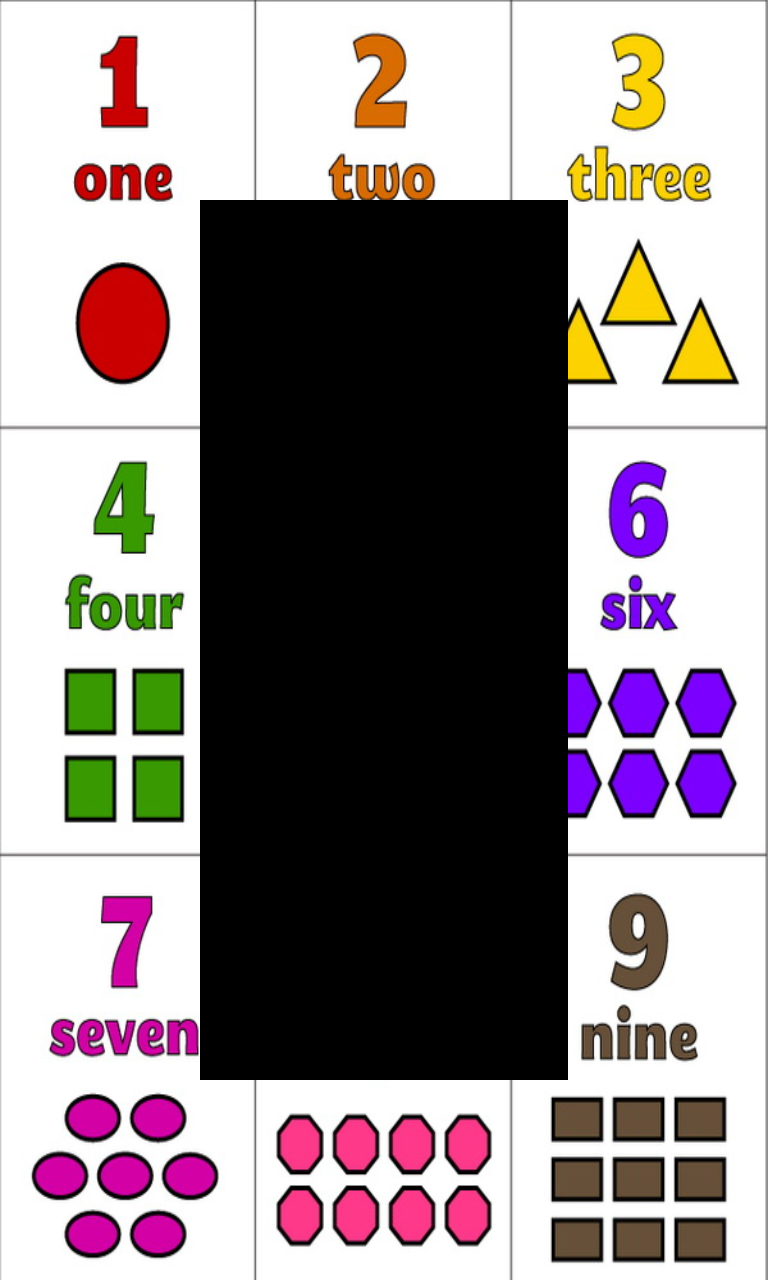
Repository: odil-akhmedov/FlashCardsAndroid
Layout: FlashCardsAOK/res/layout/activity_main.xml
An editor plug-in stored every save of this project. The layout is shown before and after the next save, followed by the edit.
It is drawn on a 768 x 1280 px phone screen (xhdpi) without system bars, with theme android:Theme.NoTitleBar; the app's code is not run. Lists and similar views that code fills are empty. The app's manifest (not shown) leaves right-to-left support off. So textAlignment, textDirection and layoutDirection are ignored, and left and right values win over start and end ones.

Above is the layout before, as saved 2014-07-01 18:34:38.

After the next save:
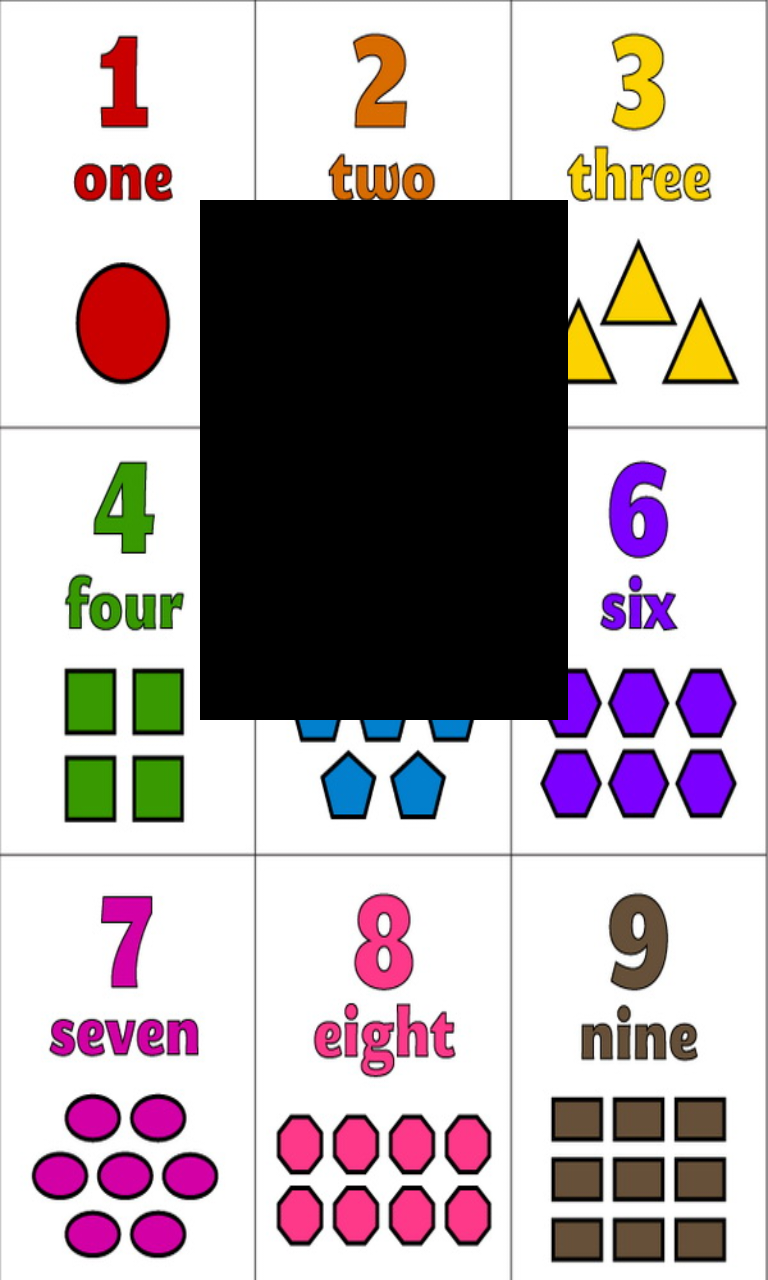
Saved 109 s later.
--- a/FlashCardsAOK/res/layout/activity_main.xml
+++ b/FlashCardsAOK/res/layout/activity_main.xml
@@ -8,24 +8,25 @@
     tools:context="com.wsu.flashcardsaok.MainActivity"
     tools:ignore="MergeRootFrame" >
 
-<RelativeLayout
-    android:layout_width="wrap_content"
-    android:layout_height="wrap_content"
-    android:layout_margin="100dp"
-    android:background="#000"
-    android:textColor="@android:color/white" >
+    <RelativeLayout
+        android:layout_width="wrap_content"
+        android:layout_height="260dp"
+        android:layout_marginLeft="100dp"
+        android:layout_marginRight="100dp"
+        android:layout_marginTop="100dp"
+        android:background="#000"
+        android:textColor="@android:color/white" >
 
-    <ListView
-        android:id="@+id/menuList"
-        android:layout_width="match_parent"
-        android:layout_height="match_parent"
-        android:layout_alignParentLeft="true"
-        android:layout_alignParentTop="true"
-        android:textAlignment="center"
-        android:textSize="26pt"
-        android:textStyle="bold" >
-    </ListView>
-
-</RelativeLayout>
+        <ListView
+            android:id="@+id/menuList"
+            android:layout_width="match_parent"
+            android:layout_height="match_parent"
+            android:layout_alignParentLeft="true"
+            android:layout_alignParentTop="true"
+            android:textAlignment="center"
+            android:textSize="26pt"
+            android:textStyle="bold" >
+        </ListView>
+    </RelativeLayout>
 
 </LinearLayout>
